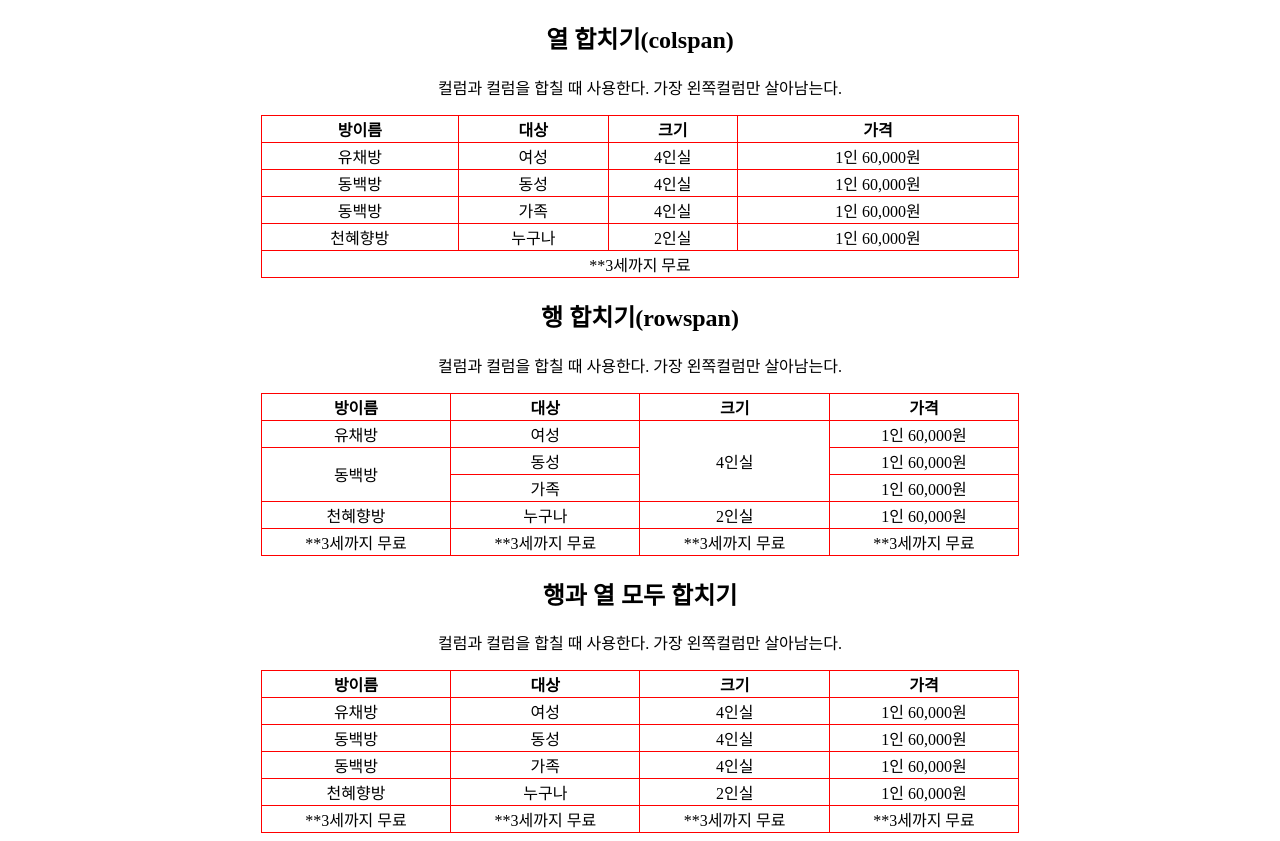
Repository: claddds/2023_webstudy
Page: 01_html/src/main/webapp/day03/ex01_table_span.html
An editor plug-in stored every save of this project. The page is shown before and after the next save, followed by the edit.
The browser window is 1280 px wide. The pictures show the whole page.

Above is the page before, as saved 2023-06-21 01:05:47.

### 01_html/src/main/webapp/day03/ex01_table_span.html
<!DOCTYPE html>
<html>
<head>
<meta charset="UTF-8">
<title>table_span</title>
<style type="text/css">
	h2,p{
		text-align: center;
	}
	table{
		width:60%;
		margin:auto;
	}
	table,th,td{
		border: 1px solid red;
		border-collapse: collapse;
		text-align: center;
	}
</style>
</head>
<body>
	<!--
		열합치기(좌우): colspan = "합쳐질 숫자"
		가장 왼쪽만 살아 남아서 합치기를 한다.
		행합치기(상하): rowspan = "합쳐질 숫자"
		가장 위쪽만 살아 남아서 합치기를 한다.
	-->
	<h2>열 합치기(colspan)</h2>
	<p>컬럼과 컬럼을 합칠 때 사용한다. 가장 왼쪽컬럼만 살아남는다.</p>
	<table>
		<thead>
			<tr><th>방이름</th><th>대상</th><th>크기</th><th>가격</th></tr>
		</thead>
		<tbody>
			<tr>
				<td>유채방</td><td>여성</td><td>4인실</td><td>1인 60,000원</td>
			</tr>
			<tr>
				<td>동백방</td><td>동성</td><td>4인실</td><td>1인 60,000원</td>
			</tr>
			<tr>
				<td>동백방</td><td>가족</td><td>4인실</td><td>1인 60,000원</td>
			</tr>
			<tr>
				<td>천혜향방</td><td>누구나</td><td>2인실</td><td>1인 60,000원</td>
			</tr>
		</tbody>
		<tfoot>
			<tr>
				<td colspan="4">**3세까지 무료</td>
			</tr>
		</tfoot>
	</table>

	<h2>행 합치기(rowspan)</h2>
	<p>컬럼과 컬럼을 합칠 때 사용한다. 가장 왼쪽컬럼만 살아남는다.</p>
	<table>
		<thead>
			<tr><th>방이름</th><th>대상</th><th>크기</th><th>가격</th></tr>
		</thead>
		<tbody>
			<tr>
				<td>유채방</td><td>여성</td><td rowspan="3">4인실</td><td>1인 60,000원</td>
			</tr>
			<tr>
				<td rowspan="2">동백방</td><td>동성</td><td>1인 60,000원</td>
			</tr>
			<tr>
				<td>가족</td><td>1인 60,000원</td>
			</tr>
			<tr>
				<td>천혜향방</td><td>누구나</td><td>2인실</td><td>1인 60,000원</td>
			</tr>
		</tbody>
		<tfoot>
			<tr>
				<td>**3세까지 무료</td><td>**3세까지 무료</td><td>**3세까지 무료</td><td>**3세까지 무료</td>
			</tr>
		</tfoot>
	</table>

	<h2>행과 열 모두 합치기</h2>
	<p>컬럼과 컬럼을 합칠 때 사용한다. 가장 왼쪽컬럼만 살아남는다.</p>
	<table>
		<thead>
			<tr><th>방이름</th><th>대상</th><th>크기</th><th>가격</th></tr>
		</thead>
		<tbody>
			<tr>
				<td>유채방</td><td>여성</td><td>4인실</td><td>1인 60,000원</td>
			</tr>
			<tr>
				<td>동백방</td><td>동성</td><td>4인실</td><td>1인 60,000원</td>
			</tr>
			<tr>
				<td>동백방</td><td>가족</td><td>4인실</td><td>1인 60,000원</td>
			</tr>
			<tr>
				<td>천혜향방</td><td>누구나</td><td>2인실</td><td>1인 60,000원</td>
			</tr>
		</tbody>
		<tfoot>
			<tr>
				<td>**3세까지 무료</td><td>**3세까지 무료</td><td>**3세까지 무료</td><td>**3세까지 무료</td>
			</tr>
		</tfoot>
	</table>
</body>
</html>

After the next save:
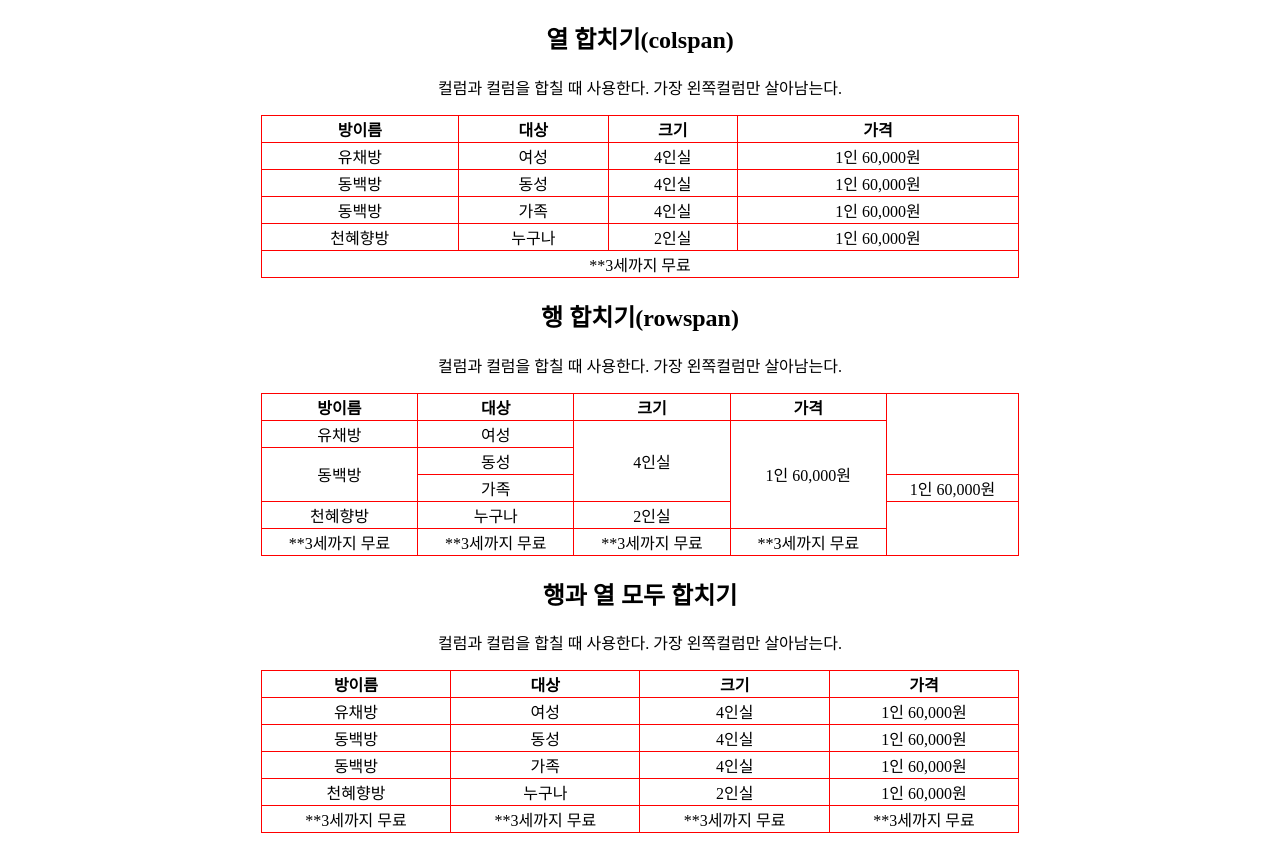
Saved 46 s later.
--- a/01_html/src/main/webapp/day03/ex01_table_span.html
+++ b/01_html/src/main/webapp/day03/ex01_table_span.html
@@ -60,16 +60,16 @@
 		</thead>
 		<tbody>
 			<tr>
-				<td>유채방</td><td>여성</td><td rowspan="3">4인실</td><td>1인 60,000원</td>
+				<td>유채방</td><td>여성</td><td rowspan="3">4인실</td><td rowspan="4">1인 60,000원</td>
 			</tr>
 			<tr>
-				<td rowspan="2">동백방</td><td>동성</td><td>1인 60,000원</td>
+				<td rowspan="2">동백방</td><td>동성</td>
 			</tr>
 			<tr>
 				<td>가족</td><td>1인 60,000원</td>
 			</tr>
 			<tr>
-				<td>천혜향방</td><td>누구나</td><td>2인실</td><td>1인 60,000원</td>
+				<td>천혜향방</td><td>누구나</td><td>2인실</td>
 			</tr>
 		</tbody>
 		<tfoot>
